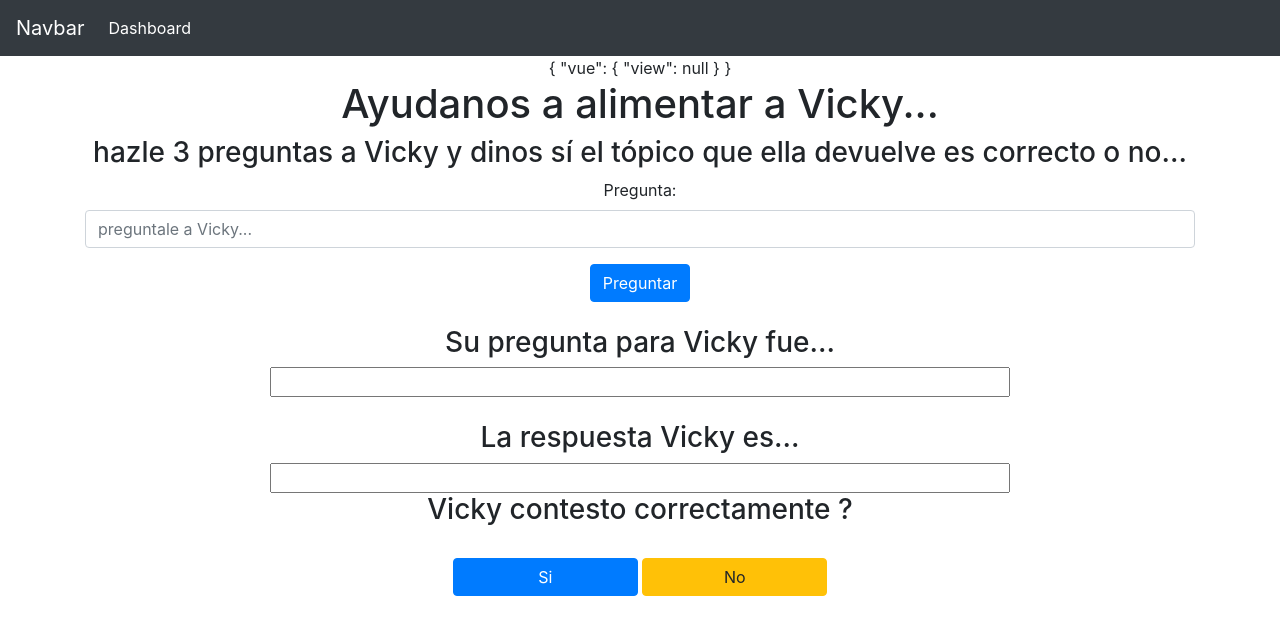
Repository: Crixtiancub/feedback_Vicky
Page: http://localhost/
The author's editor kept a copy of each file at every save. The page is drawn from the files as they stood at one save, then again after the next save.
The browser window is 1280 px wide. The pictures show the whole page.
The page is served by the project's application, run on Django 3.2 (manage.py). Other server files are loaded and not shown.

Above is the page before, as saved 2021-05-11 11:51:23.

### vicky/templates/dashboard.html
{% extends 'main.html' %}

{% block content %}

<div id="form_vicky" class="container text-center">

    [[ $data ]]

    <h1>Ayudanos a alimentar a Vicky...</h1>

    <h3>hazle {{ num_visits }} {%if num_visits == 1%} pregunta{% else %}
        preguntas{% endif %}  a Vicky y dinos sí el tópico que ella
        devuelve es correcto o no...</h3>

    <form id="preguntar_Vicky" action="{% url 'home' %}" method="POST">
        {% csrf_token%}

        <div class="form-group">
            <label for="txt_pregunta_Vicky">Pregunta:</label><br>

            <input type="text" id="txt_pregunta_Vicky"
            name="pregunta_Vicky" v-model="pregunta" class="col-sm form-control"
            placeholder="preguntale a Vicky..." required>
        </div>

        <button type="submit" id="preguntar" class="btn btn-primary" v-on:click="vue.view = true">Preguntar</button>
    </form>

    <br>

    <div id="target">
        <form method="POST">
            {% csrf_token%}

            <h3>Su pregunta para Vicky fue...</h3>
            <input type="text" aling="center" class="col-sm-8" readonly name="retorno_Pregunta" value="{{ pregunta }}" >
            <br>
            <br>

            <h3>La respuesta Vicky es...</h3>
            <input type="text" aling="center" class="col-sm-8" readonly name="retorno_Respuesta" value="{{ respuesta }}">
            <br>

            <h3>Vicky contesto correctamente ?</h3>
            <br>

            <input type="submit" class="col-sm-2 btn btn-primary"
             id="responder_Si" value="Si" name="Si">
            <input type="submit" class="col-sm-2 btn btn-warning"
             id="responder_No" value="No" name="No">
        </form>
    </div>

</div>

<script>

    // window.onbeforeunload = function(event) {
    //     event.preventDefault();
    //     return false;
    // }

    const app = new Vue({
        delimiters: ['[[', ']]'],
        el: '#form_vicky',
        data: {
            vue :{
                view: null
            }
        },
        methods:{
            checkForm: function (e) {

                if (this.pregunta) {
                    return true;
                }

                if (!this.pregunta) {
                    return false;
                }
            }
        }
    })

</script>

{% endblock %}

### vicky/templates/main.html
<!DOCTYPE html>
 <!-- Latest compiled and minified CSS -->
 <link rel="stylesheet" href="https://maxcdn.bootstrapcdn.com/bootstrap/4.5.2/css/bootstrap.min.css">

 <!-- jQuery library -->
 <script src="https://ajax.googleapis.com/ajax/libs/jquery/3.5.1/jquery.min.js"></script>

 <!-- Popper JS -->
 <script src="https://cdnjs.cloudflare.com/ajax/libs/popper.js/1.16.0/umd/popper.min.js"></script>

 <!-- Latest compiled JavaScript -->
 <script src="https://maxcdn.bootstrapcdn.com/bootstrap/4.5.2/js/bootstrap.min.js"></script>

<!-- versión de desarrollo, incluye advertencias de ayuda en la consola -->
<script src="https://unpkg.com/vue"></script>

<html>
    <head>
        <title>
            Prueba1
        </title>
    </head>
    <body>
        {% include 'navbar.html' %}

        {% block content %}

        {% endblock %}
    </body>
</html>

### vicky/templates/navbar.html
 <nav class="navbar navbar-expand-lg navbar-dark bg-dark">
    <a class="navbar-brand" href="#">Navbar</a>
    <button class="navbar-toggler" type="button" data-toggle="collapse" data-target="#navbarSupportedContent" aria-controls="navbarSupportedContent" aria-expanded="false" aria-label="Toggle navigation">
      <span class="navbar-toggler-icon"></span>
    </button>

    <div class="collapse navbar-collapse" id="navbarSupportedContent">
      <ul class="navbar-nav mr-auto">
        <li class="nav-item active">
          <a class="nav-link" href="{% url 'home' %}" disabled="true">Dashboard</a>
        </li>
        <!-- <li class="nav-item dropdown">
          <a class="nav-link dropdown-toggle" href="#" id="navbarDropdown" role="button" data-toggle="dropdown" aria-haspopup="true" aria-expanded="false">
            Dropdown
          </a>
          <div class="dropdown-menu" aria-labelledby="navbarDropdown">
            <a class="dropdown-item" href="#">Action</a>
            <a class="dropdown-item" href="#">Another action</a>
            <div class="dropdown-divider"></div>
            <a class="dropdown-item" href="#">Something else here</a>
          </div>
        </li>
        <li class="nav-item">
          <a class="nav-link disabled" href="#">Disabled</a>
        </li>
      </ul>
      <form class="form-inline my-2 my-lg-0">
        <input class="form-control mr-sm-2" type="search" placeholder="Search" aria-label="Search">
        <button class="btn btn-outline-success my-2 my-sm-0" type="submit">Search</button>
      </form> -->
    </div>
  </nav>

### vicky/views.py
from django.shortcuts import render, redirect
import os
from modelo_IA.archivos_Python.pipeline import Pipeline
from vicky import templates
from .models import *
from django.template.response import TemplateResponse

model = Pipeline()

# Create your views here.

def home(request):

    num_visits = request.session.get('num_visits', 3)

    if num_visits == 0:
        request.session['num_visits'] = 3

        # pregunta = str(request.POST.get('retorno_Pregunta'))
        # respuesta = str(request.POST.get('retorno_Respuesta'))

        pregunta = str(request.POST.get('pregunta_Vicky'))
        respuesta = model.run_model(pregunta)

        # if 'Si' in request.POST:
        #     acierto = str(request.POST.get('Si'))
        # else:
        #     acierto = str(request.POST.get('No'))

        # envio_Pregunta = preguntas_Vicky(
        #     pregunta=pregunta,
        #     respuesta=respuesta,
        #     acierto= acierto
        #     )

        # envio_Pregunta.save()

        # return redirect(noVisitas)

        context = {
            "pregunta":pregunta,
            "respuesta":respuesta,
            'num_visits': num_visits,
        }

        return TemplateResponse(request, 'dashboard.html' , context)


    if request.POST:
        request.session['num_visits'] -= 1

        # pregunta = str(request.POST.get('retorno_Pregunta'))
        # respuesta = str(request.POST.get('retorno_Respuesta'))

        pregunta = str(request.POST.get('pregunta_Vicky'))
        respuesta = model.run_model(pregunta)

        # if 'Si' in request.POST:
        #     acierto = str(request.POST.get('Si'))
        # else:
        #     acierto = str(request.POST.get('No'))

        # envio_Pregunta = preguntas_Vicky(
        #     pregunta=pregunta,
        #     respuesta=respuesta,
        #     acierto= acierto
        #     )
        # envio_Pregunta.save()

        context = {
            "pregunta":pregunta,
            "respuesta":respuesta,
            'num_visits': num_visits,
        }

        print(context)

        return TemplateResponse(request, 'dashboard.html' , context)
    else:
        contexto = {
            'num_visits': num_visits,
        }

        return render(request, 'dashboard.html', contexto)


def noVisitas(request):
    return render(request, 'noVisitas.html')

def respuesta_Vicky(request):
    pregunta = str(request.POST['pregunta_Vicky'])
    respuesta = model.run_model(pregunta)
    context = {
        "pregunta":pregunta,
        "respuesta":respuesta
    }
    return render(request, 'respuesta_Vicky.html', context)

### prueba_Vicky/urls.py
"""prueba_Vicky URL Configuration

The `urlpatterns` list routes URLs to views. For more information please see:
    https://docs.djangoproject.com/en/3.2/topics/http/urls/
Examples:
Function views
    1. Add an import:  from my_app import views
    2. Add a URL to urlpatterns:  path('', views.home, name='home')
Class-based views
    1. Add an import:  from other_app.views import Home
    2. Add a URL to urlpatterns:  path('', Home.as_view(), name='home')
Including another URLconf
    1. Import the include() function: from django.urls import include, path
    2. Add a URL to urlpatterns:  path('blog/', include('blog.urls'))
"""
from django.contrib import admin
from django.urls import path, include

urlpatterns = [
    path('admin/', admin.site.urls),
    path('', include('vicky.urls'))
]

### vicky/urls.py
from django.urls import path
from . import views


# Direccionamiento de las paginas
urlpatterns = [
    path(r'', views.home, name='home'),
    path(r'noVisitas/', views.noVisitas, name="noVisitas"),
    path(r'respuesta_Vicky/', views.respuesta_Vicky, name='respuesta_Vicky')
]

After the next save:
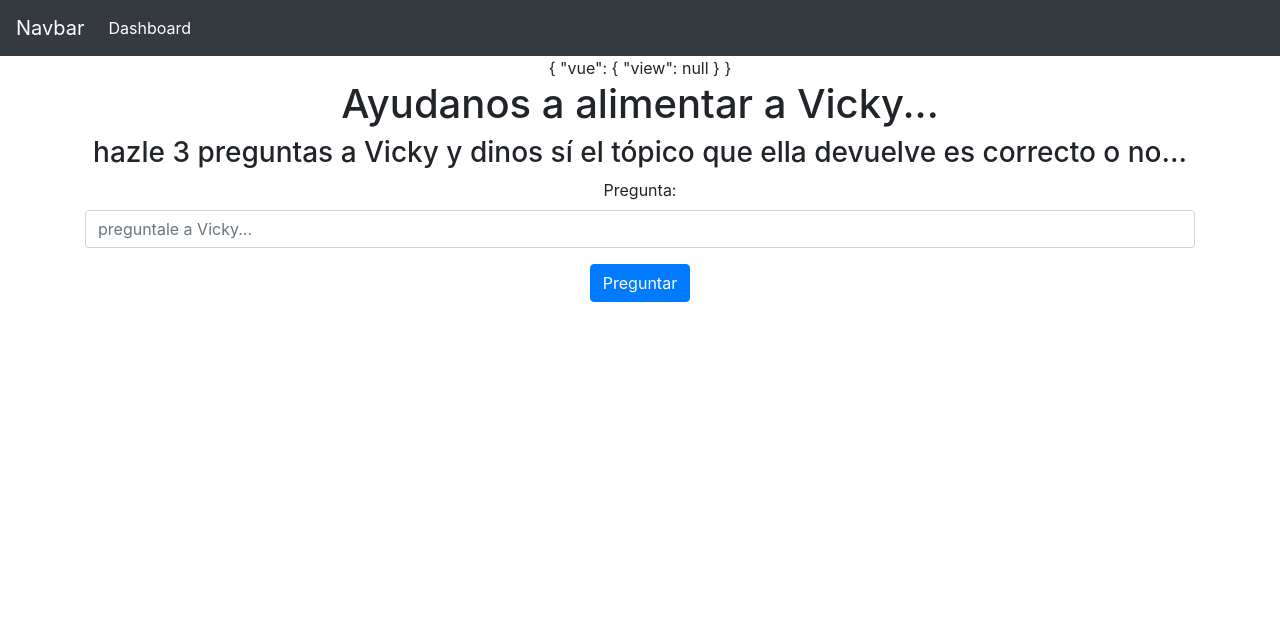
Saved 3 h 12 min later.
--- a/vicky/templates/dashboard.html
+++ b/vicky/templates/dashboard.html
@@ -12,7 +12,7 @@
         preguntas{% endif %}  a Vicky y dinos sí el tópico que ella
         devuelve es correcto o no...</h3>
 
-    <form id="preguntar_Vicky" action="{% url 'home' %}" method="POST">
+    <form id="preguntar_Vicky" @submit="checkForm" action="{% url 'home' %}" method="POST">
         {% csrf_token%}
 
         <div class="form-group">
@@ -23,12 +23,13 @@
             placeholder="preguntale a Vicky..." required>
         </div>
 
-        <button type="submit" id="preguntar" class="btn btn-primary" v-on:click="vue.view = true">Preguntar</button>
+        <button type="submit" id="preguntar" class="btn btn-primary"
+        v-on:click="vue.view = true">Preguntar</button>
     </form>
 
     <br>
 
-    <div id="target">
+    <template id="target" v-if="vue.view">
         <form method="POST">
             {% csrf_token%}
 
@@ -49,7 +50,7 @@
             <input type="submit" class="col-sm-2 btn btn-warning"
              id="responder_No" value="No" name="No">
         </form>
-    </div>
+    </template>
 
 </div>
 
